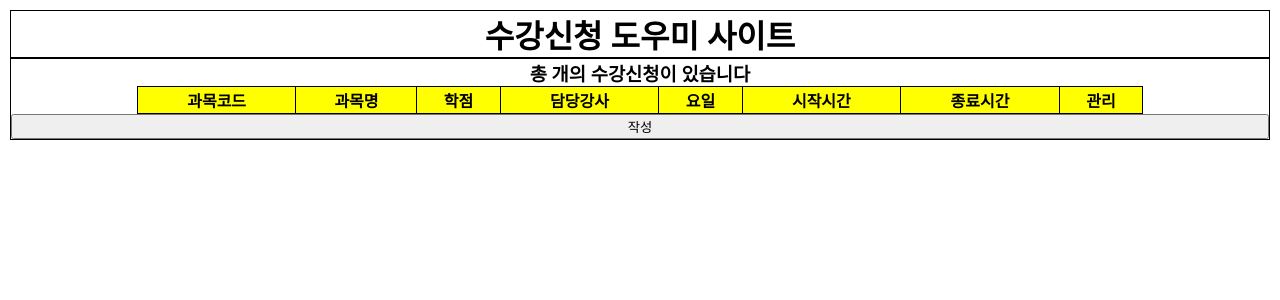
Repository: Tor1a/SpringSet
Page: http://localhost/practice02/WEB-INF/views/home.jsp
These files come from the project's save history. The page is drawn as it stood at one moment and after the next save; the edit follows.
The browser window is 1280 px wide. The pictures show the whole page.
The page is served by Tomcat 9. Nobody is signed in. The template is opened directly, without the code that normally fills it, so the values that code supplies are empty.

Above is the page before, as saved 2022-04-14 08:53:54.

After the next save:
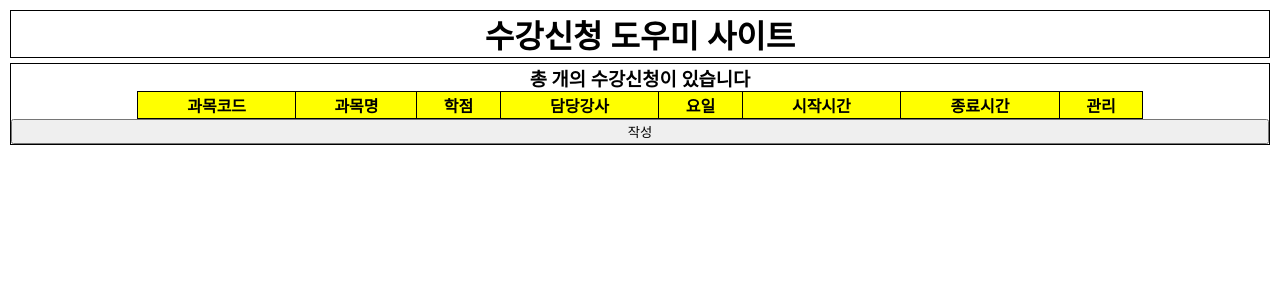
Saved 61 s later.
--- a/practice02/src/main/webapp/resources/css/home.css
+++ b/practice02/src/main/webapp/resources/css/home.css
@@ -16,7 +16,7 @@ body{width: auto; hight: auto;}
 
 .liTb {margin: auto; border-collapse: collapse; border: 1px solid black; width: 80%;}
 
-.title{display:flex;  flex-direction:row; justify-content:center;  text-align: center; border: 1px solid black;}
+.title{display:flex;  flex-direction:row; justify-content:center;  text-align: center; border: 1px solid black; margin-bottom: 5px;}
 .total {text-align: center;}
 
 
